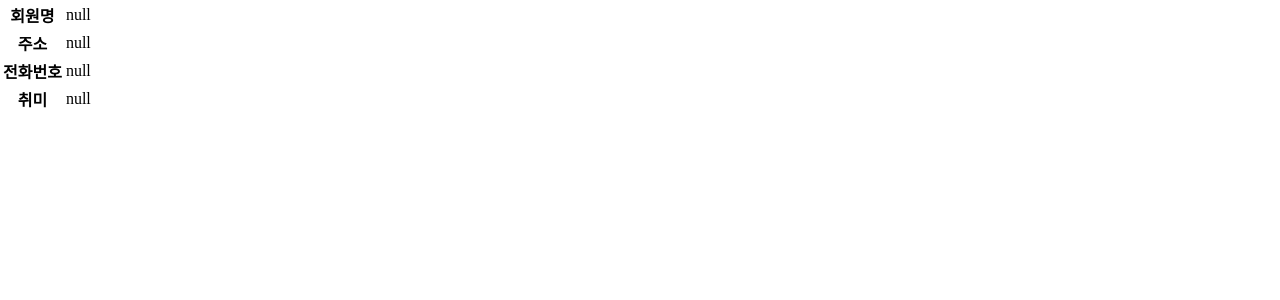
Repository: hyeri-seo/JSP
Page: http://localhost/Hello/memRegSuccess.jsp
An editor plug-in stored every save of this project. The page is shown before and after the next save, followed by the edit.
The browser window is 1280 px wide. The pictures show the whole page.
The page is served by Tomcat 9.

Above is the page before, as saved 2023-09-19 05:32:24.

After the next save:
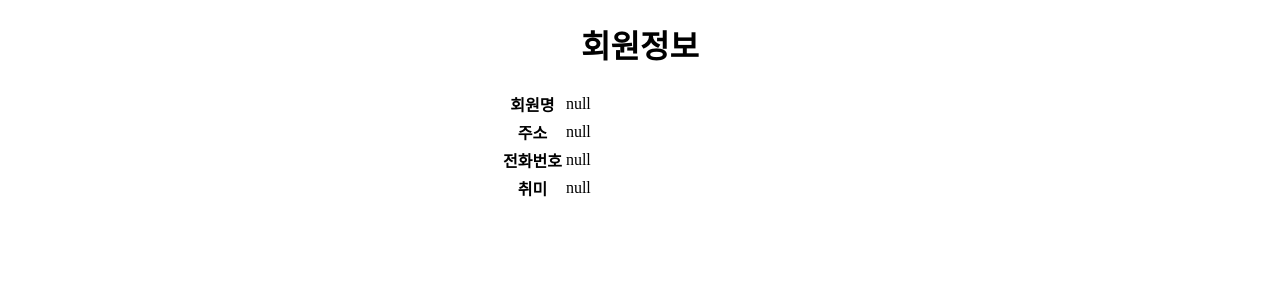
Saved 118 s later.
--- a/Hello/src/main/webapp/memRegSuccess.jsp
+++ b/Hello/src/main/webapp/memRegSuccess.jsp
@@ -15,11 +15,14 @@
 </style>
 </head>
 <body>
+<div>
+	<h1>회원정보</h1>
 	<table>
 		<tr><th>회원명</th><td><%=request.getParameter("name") %></td></tr>
 		<tr><th>주소</th><td><%=request.getParameter("address") %></td></tr>
 		<tr><th>전화번호</th><td><%=request.getParameter("tel") %></td></tr>
 		<tr><th>취미</th><td><%=request.getParameter("hobby") %></td></tr>
 	</table>
+</div>
 </body>
 </html>
